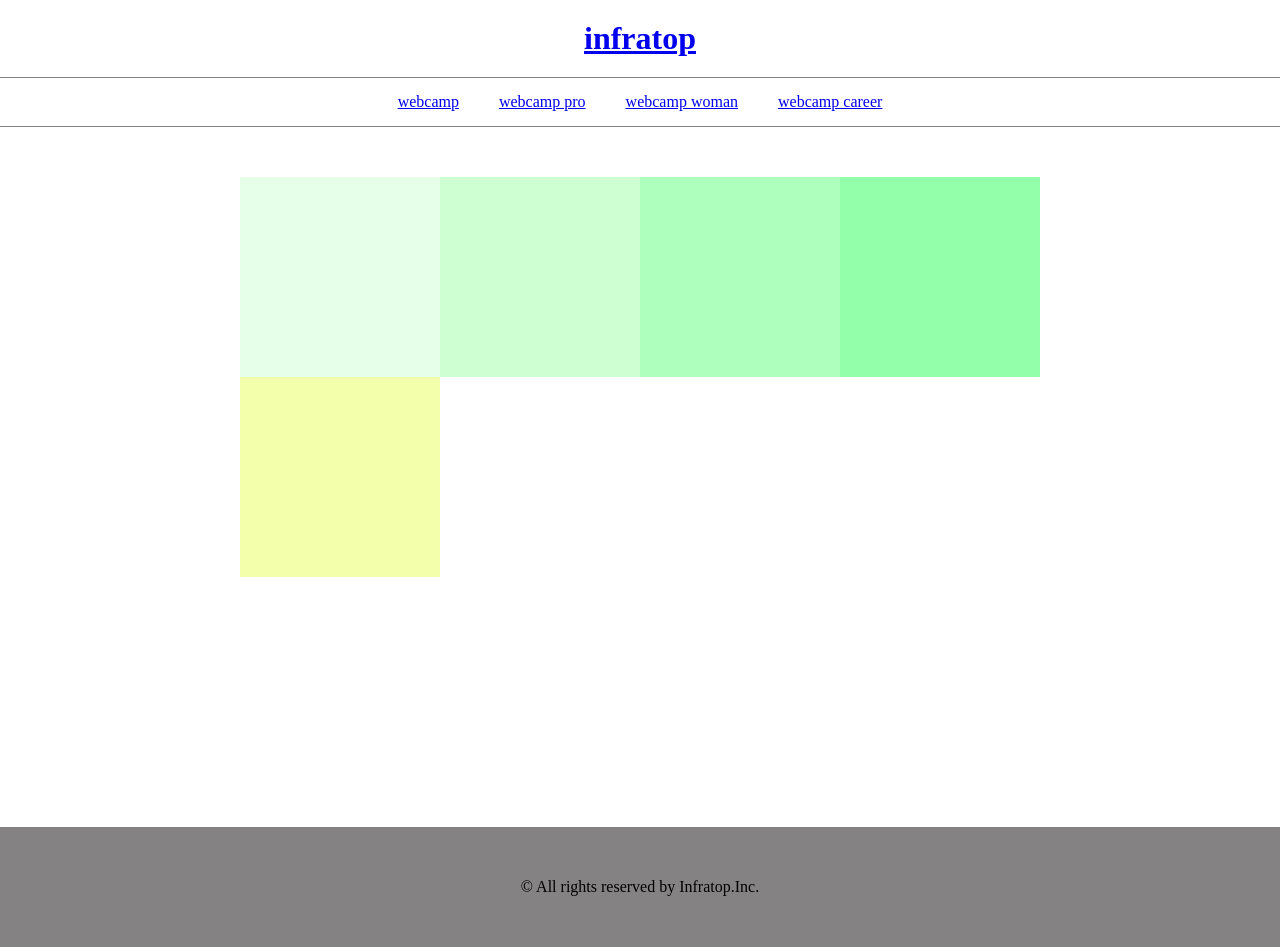
Repository: Yuya0829/HTML
Page: exercise/exercise5.html
The author's editor kept a record of every edit. The page is drawn from the files as they stood at one moment, then again after the next edit.
The browser window is 1280 px wide. The pictures show the whole page.

Above is the page before.

### exercise/exercise5.html
<!DOCTYPE html>
<html lang="ja">
  <head>
    <meta charset="UTF-8" />
    <link rel="stylesheet" href="exercise5.css" />
    <title>EXERCISE5</title>
  </head>

  <body>
    <header>
      <h1 class="heading">
        <a href="exercise5.html">
          infratop
        </a>
      </h1>
    </header>

    <nav>
      <ul class="nav-list">
        <li class="nav-list-item">
          <a href="https://web-camp.io">webcamp</a>
        <li class="nav-list-item">
          <a href="https://web-camp.io">webcamp pro</a>
        <li class="nav-list-item">
          <a href="https://web-camp.io">webcamp woman</a>
        <li class="nav-list-item">
          <a href="https://web-camp.io">webcamp career</a>
        </li>
      </ul>
    </nav>

    <div class="main">
      <div class="box1"></div>
      <div class="box2"></div>
      <div class="box3"></div>
      <div class="box4"></div>
      <div class="box5"></div>
      <div class="box6"></div>
      <div class="box7"></div>
      <div class="box8"></div>
      <div class="box9"></div>
      <div class="box10"></div>
      <div class="box11"></div>
      <div class="box12"></div>
    </div>

    <footer>
      <p class="footer-text">© All rights reserved by Infratop.Inc.</p>
    </footer>
  </body>
</html>

### exercise/exercise5.css
* {
  margin: 0;
  padding: 0;
  box-sizing: border-box;
}

header {
  width: 100%;
  padding: 20px 0;
  margin: 0 auto;
  text-align: center;
}

.nav-list {
  text-align: center;
  padding: 15px 0;
  margin: 0 auto;
  border-bottom: 1px solid #848282;
  border-top: 1px solid #848282;
}

.nav-list-item {
  list-style: none;
  display: inline-block;
  margin: 0 20px;
}

.main {
  width: 800px;
  margin: 50px auto;
  display: flex;
  flex-wrap: wrap;
}

.box1 {
  width: 200px;
  height: 200px;
  background-color: #e6ffe9;
}

.box2 {
  width: 200px;
  height: 200px;
  background-color: #cdffd3;
}

.box3 {
  width: 200px;
  height: 200px;
  background-color: #aeffbd;
}

.box4 {
  width: 200px;
  height: 200px;
  background-color: #93ffab;
}

.box5 {
  width: 200px;
  height: 200px;
  background-color: #f3ffab;
}

.box6 {
  width: 200px;
  height: 200px;
  background-color: #;
}

.box7 {
  width: 200px;
  height: 200px;
  background-color: #;
}

.box8 {
  width: 200px;
  height: 200px;
  background-color: #;
}

.box9 {
  width: 200px;
  height: 200px;
  background-color: #;
}

.box10 {
  width: 200px;
  height: 200px;
  background-color: #;
}

.box11 {
  width: 200px;
  height: 200px;
  background-color: #;
}

.box12 {
  width: 200px;
  height: 200px;
  background-color: #;
}

footer {
  width: 100%;
  height: 120px;
  text-align: center;
  line-height: 120px;
  background-color: #848282;
}

After the next edit:
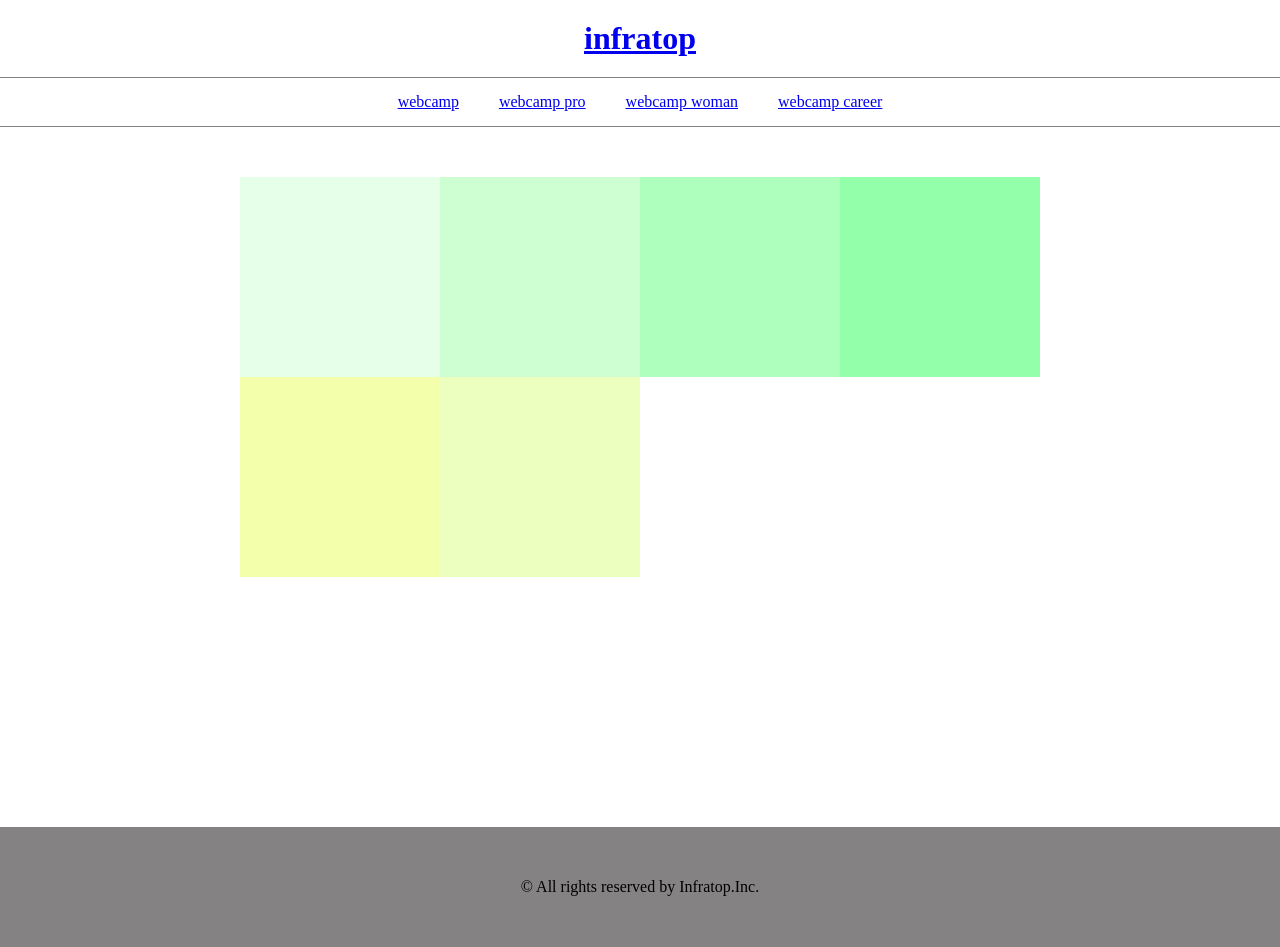
The edit:
--- a/exercise/exercise5.css
+++ b/exercise/exercise5.css
@@ -65,7 +65,7 @@
 .box6 {
   width: 200px;
   height: 200px;
-  background-color: #;
+  background-color: #edffbe;
 }
 
 .box7 {
